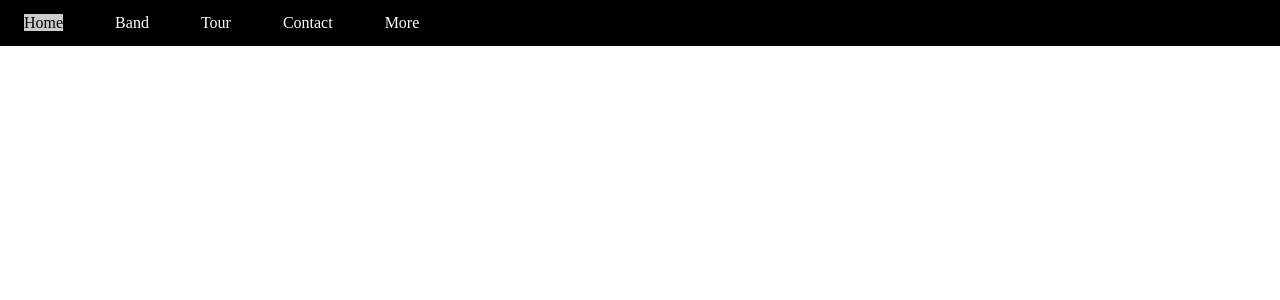
Repository: TranPhucThinh/clone-the-band
Page: index.html
These files come from the project's save history. The page is drawn as it stood at one moment and after the next save; the edit follows.
The browser window is 1280 px wide. The pictures show the whole page.
The pointer rests on the first visible `#nav li`.

Above is the page before, as saved 2022-08-03 21:46:04.

After the next save:
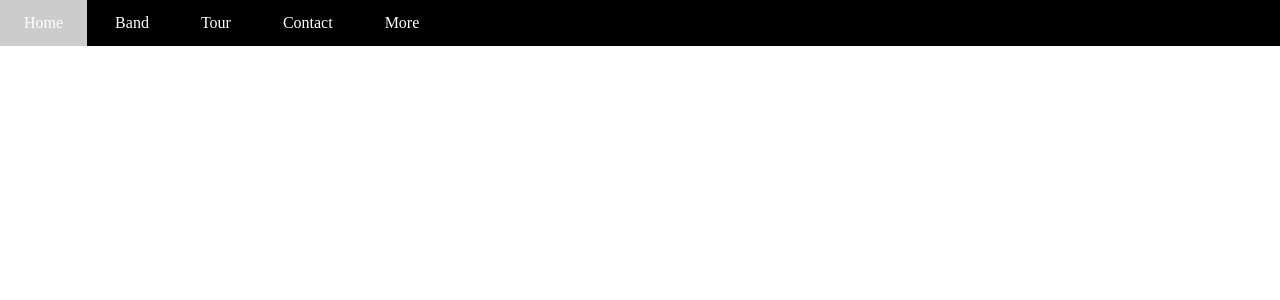
Saved 5 s later.
--- a/assets/style.css
+++ b/assets/style.css
@@ -13,7 +13,7 @@
   display: inline-block;
   padding: 0 24px;
 }
-#nav li:hover a {
+#nav li:hover {
   background-color: #ccc;
   color: #000;
 }
